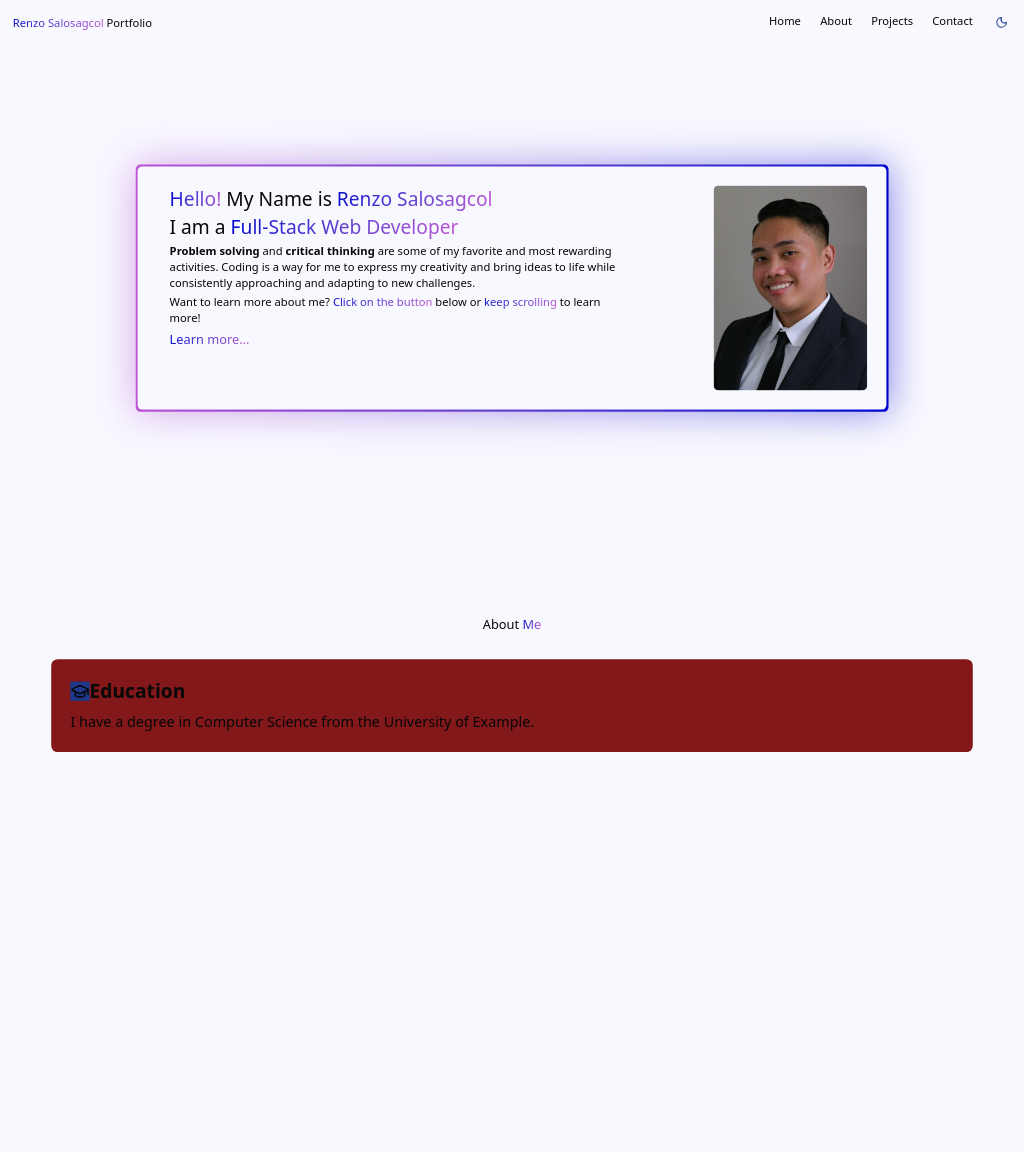
Repository: Renzo-Salosagcol/Updated_Personal_Portfolio
Page: /
The author's editor kept a copy of each file at every save. The page is drawn from the files as they stood at one save, then again after the next save.
The browser window is 1280 px wide. The pictures show the whole page, at 80% of full size.
The project was rebuilt for these pictures with package versions that can differ from the ones it lists, and the page was loaded fresh each time. Also part of the build but not shown: vite.config.js, src/pages/NotFound.jsx.

Above is the page before, as saved 2025-10-10 12:26:03.

### index.html
<!doctype html>
<html lang="en">
  <head>
    <meta charset="UTF-8" />
    <link rel="icon" type="image/svg+xml" href="/vite.svg" />
    <meta name="viewport" content="width=device-width, initial-scale=1.0" />
    <title>updated-personal-portfolio</title>
  </head>
  <body>
    <div id="root"></div>
    <script type="module" src="/src/main.jsx"></script>
  </body>
</html>

### src/index.css
@import "tailwindcss";

@theme {
  --color-background: var(--background);
  --color-foreground: var(--foreground);

  --color-primary: var(--primary);
  --color-secondary: var(--secondary);

  --animate-fade-in: fade-in 1s ease-in forwards;
}

@layer base {
  /* Light Theme */
  :root {
    --background: #f8f8ff; /* Ghost White */
    --foreground: #080808; /* Vampire Black */

    --primary: #0000cd; /* Medium Blue */
    --secondary: #ba55d3; /* Medium Orchid */
  }

  /* Dark Theme */
  .dark {
    --background: #080808; /* Vampire Black */
    --foreground: #f8f8ff; /* Ghost White */

    --primary: #ff0800; /* Candy Apple Red */
    --secondary: #fefc22; /* Laser Lemon */
  }

  html {
    @apply scroll-smooth;
  }

  body {
    @apply bg-background text-foreground transition-colors duration-300;
  }
}

@property --gradient-angle {
  syntax: "<angle>";
  initial-value: 0deg;
  inherits: false;
}

@keyframes spin {
  from {
    --gradient-angle: 0deg;
  }
  to {
    --gradient-angle: 360deg;
  }
}

@keyframes fade-in {
  0% {
    opacity: 0;
    transform: translateY(20px);
  }
  100% {
    opacity: 1;
    transform: translateY(0);
  }
}

@utility container {
  margin-inline: auto;
  padding-inline: 1rem;
}

@utility after-gradient-border {
  @apply absolute h-[101.5%] w-[100.5%] top-1/2 left-1/2 -translate-x-1/2 -translate-y-1/2 rounded-md -z-10 bg-gradient-to-l from-primary to-secondary;
  content: '';
  /* animation: 3s spin linear infinite; */
}

@utility before-gradient-border {
  @apply after-gradient-border;
  filter: blur(1.5rem);
  opacity: 0.5;
}

@utility gradient-text {
  @apply text-transparent bg-clip-text bg-gradient-to-r from-primary to-secondary transition-colors duration-300;
}

@utility gradient-button {
  @apply after:after-gradient-border after:w-[103%] before:before-gradient-border gradient-text z-0;
}

@utility gradient-button-inner {
  @apply flex h-full w-full items-center justify-center rounded-full bg-background gradient-text z-10
}

@utility gradient-border {
  @apply after:after-gradient-border before:before-gradient-border
}

@utility glassmorphism {
  @apply bg-background/30 backdrop-blur-lg
}

### src/App.jsx
import { BrowserRouter, Routes, Route } from "react-router-dom"
import { Home } from "./pages/Home"
import { NotFound } from "./pages/NotFound"

function App() {
  return (
    <BrowserRouter>
      <Routes>
        <Route path="/" element={<Home />} />
        <Route path="*" element={<NotFound />} />
      </Routes>
    </BrowserRouter>
  )
}

export default App

### src/pages/Home.jsx
import { Background } from "../components/Background"
import { Navbar } from "../components/Navbar"
import { Hero } from "../components/Hero"
import { About } from "../components/About"

export const Home = () => {
  return (
    <div id="home" className="w-full h-screen">
      {/* Background */}
      <Background />


      {/* Navbar */}
      <Navbar />

      {/* Main */}
      <Hero />
      <About />

      {/* Footer */}
    </div>
  )
}

### src/components/Background.jsx


export const Background = () => {
  return (
    <div className="fixed inset-0 overflow-hidden pointer-events-none -z-40 bg-background w-screen h-screen">
    </div>
  )
}

### src/components/Navbar.jsx
import { ThemeToggle } from './ThemeToggle'

const items = [
  { name: 'Home', href: '#home' },
  { name: 'About', href: '#about' },
  { name: 'Projects', href: '#projects' },
  { name: 'Contact', href: '#contact' },
]

export const Navbar = () => {
  return (
    <nav className="fixed top-0 left-0 w-full p-2 flex items-center justify-between glassmorphism z-40 text-sm md:text-md text-foreground">
      <a href="#home" className="p-2"><span className="gradient-text">Renzo Salosagcol</span> Portfolio</a>
      <ul className="flex gap-6 p-2">
        {items.map(item => (
          <li key={item.name}
            className="hover:gradient-text transition-all duration-300 relative">
            <a href={item.href}>{item.name}</a>
          </li>
        ))}
        <li><ThemeToggle /></li>
      </ul>
    </nav>
  )
}

### src/components/Hero.jsx
import GradientButton from "./GradientButton";

export const Hero = () => {
  return (
    <main className="relative min-h-screen flex items-center justify-center max-w-10/12 rounded-md container z-0">
      <div className="z-0 relative gradient-border opacity-0 animate-fade-in">
        <div className="w-full h-full relative container flex flex-cols md:flex-rows justify-between gap-6 rounded-md p-6 bg-background">
          <div className="container flex flex-col gap-1">
            <h1 className="text-lg md:text-xl lg:text-2xl">
              <span className="gradient-text">Hello! </span>
              My Name is
              <span className="gradient-text"> Renzo Salosagcol</span>
            </h1>
            <h1 className="text-lg md:text-xl lg:text-2xl">I am a <span className="gradient-text">Full-Stack Web Developer</span></h1>
            <h3 className="w-md md:w-lg lg:w-xl text-sm">
              <span className="font-bold">Problem solving</span> and
              <span className="font-bold"> critical thinking </span>
              are some of my favorite and most rewarding activities. Coding is a way for me to express my creativity and bring ideas to life while consistently approaching and adapting to new challenges.
            </h3>
            <h3 className="w-md md:w-lg lg:w-xl text-sm">Want to learn more about me?
              <span className="gradient-text"> Click on the button</span> below or
              <span className="gradient-text"> keep scrolling</span> to learn more!
            </h3>
            <a
              href="#about"
              className="relative"
            >
              <GradientButton content="Learn more..." />
            </a>
          </div>
          <div>
            <img
            src="../../headshot.jpeg"
            alt="Headshot Photo"
            className="rounded-md w-64 h-64 object-cover"
            />
          </div>
      </div>
      </div>
    </main>
  )
}

### src/components/About.jsx
import { GraduationCap } from "lucide-react"

const experiences = [
  {
    name: "Education",
    icon: GraduationCap,
    description: "I have a degree in Computer Science from the University of Example.",
    link: "https://example.com/education"
  }
]

export const About = () => {
  return (
    <section id="about" className="relative min-h-screen py-12">
      <div className="top-0 flex items-center justify-center">
        <h1 >About <span className="gradient-text">Me</span></h1>
      </div>
      <div className="bg-red-900 mx-auto mt-8 max-w-6xl rounded-lg p-6 grid-cols-1 gap-6">
        {experiences.map((experience, index) => (
          <div key={index} className="">
            <h2 className="flex items-center text-2xl font-semibold mb-2">
              <experience.icon className="w-6 h-6 left bg-blue-900" />
              {experience.name}
            </h2>
            <p className="text-sm md:text-md lg:text-lg">
              {experience.description}
            </p>
            <a
              href={experience.link}
              target="_blank"
              rel="noopener noreferrer"
              className="text-blue-500 hover:underline"
            >
            </a>
          </div>
        ))}
      </div>
    </section>
  )
}

### src/components/ThemeToggle.jsx
import { useState, useEffect } from "react"
import { Sun, Moon } from "lucide-react"

export const ThemeToggle = () => {
  const [isDark, setIsDark] = useState(false)

  useEffect(() => {
    const theme = localStorage.getItem("theme")
    if (theme) {
      setIsDark(theme === "dark")
      document.documentElement.classList.toggle("dark", theme === "dark")
    }
  }, [])

  const toggleTheme = () => {
    setIsDark(!isDark)
    document.documentElement.classList.toggle("dark", !isDark)
    localStorage.setItem("theme", !isDark ? "dark" : "light")
  }

  return (
    <button
      onClick={toggleTheme}
      className="max-sm:hidden p-1 z-50 rounded-full transition-color duration-300 focus:outline-hidden hover:cursor-pointer"
    >
      {isDark ? (
        <Sun className="h-4 w-4 text-yellow-300" />
      ) : (
        <Moon className="h-4 w-4 text-blue-900" />
      )}
    </button>

  )
}

### src/components/GradientButton.jsx
import React from "react";
import { props } from "react";

function GradientButton(props) {
  return (
    <button className="gradient-button">
        {props.content}
    </button>
  )
}

export default GradientButton;

Loaded but not shown: src/main.jsx (common file)

After the next save:
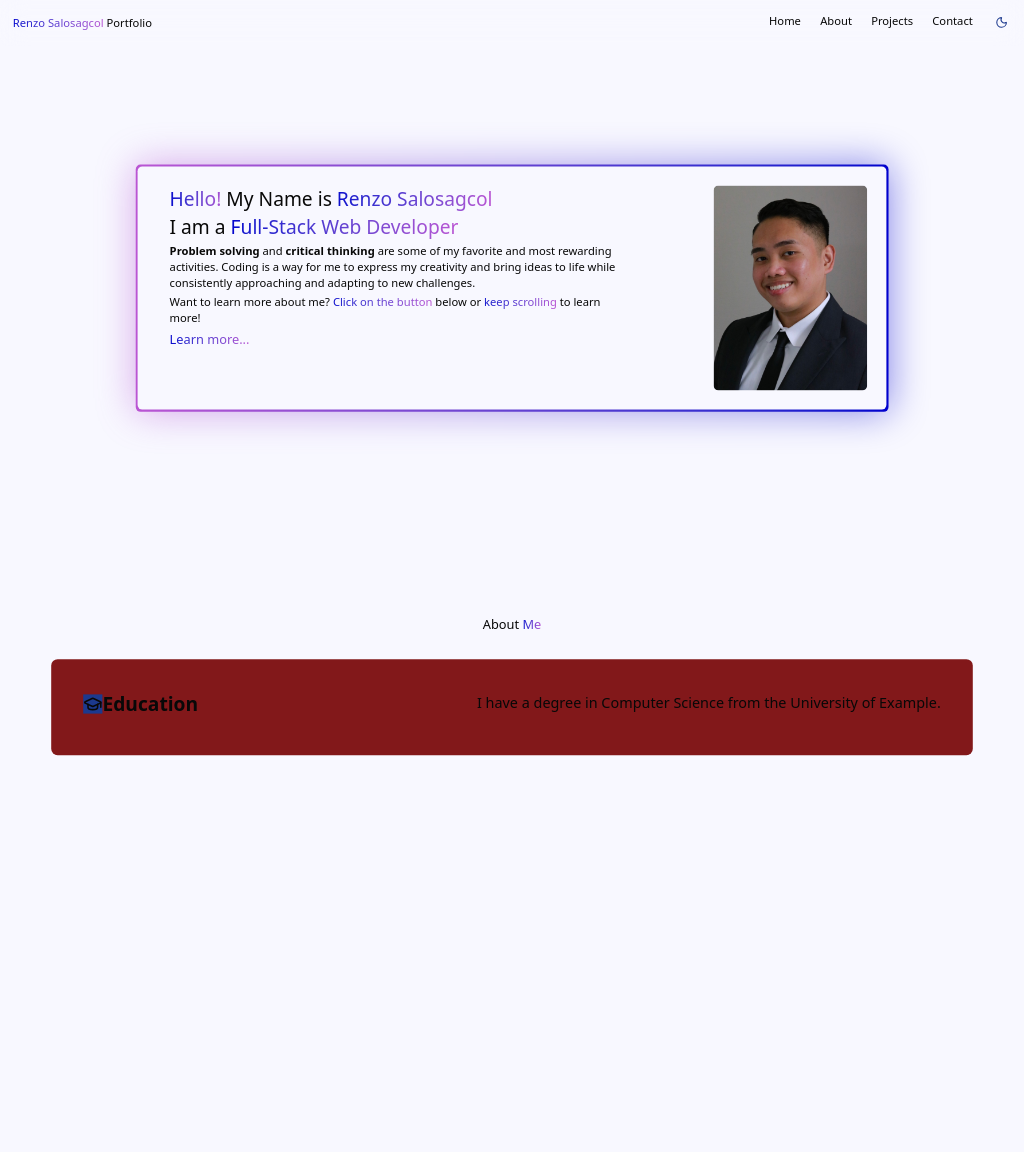
Saved 107 s later.
--- a/src/components/About.jsx
+++ b/src/components/About.jsx
@@ -17,21 +17,23 @@ export const About = () => {
       </div>
       <div className="bg-red-900 mx-auto mt-8 max-w-6xl rounded-lg p-6 grid-cols-1 gap-6">
         {experiences.map((experience, index) => (
-          <div key={index} className="">
+          <div key={index} className="flex flex-row justify-between items-start p-4">
             <h2 className="flex items-center text-2xl font-semibold mb-2">
               <experience.icon className="w-6 h-6 left bg-blue-900" />
               {experience.name}
             </h2>
-            <p className="text-sm md:text-md lg:text-lg">
-              {experience.description}
-            </p>
-            <a
-              href={experience.link}
-              target="_blank"
-              rel="noopener noreferrer"
-              className="text-blue-500 hover:underline"
-            >
-            </a>
+            <div>
+              <p className="text-sm md:text-md lg:text-lg">
+                {experience.description}
+              </p>
+              <a
+                href={experience.link}
+                target="_blank"
+                rel="noopener noreferrer"
+                className="text-blue-500 hover:underline"
+              >
+              </a>
+            </div>
           </div>
         ))}
       </div>
